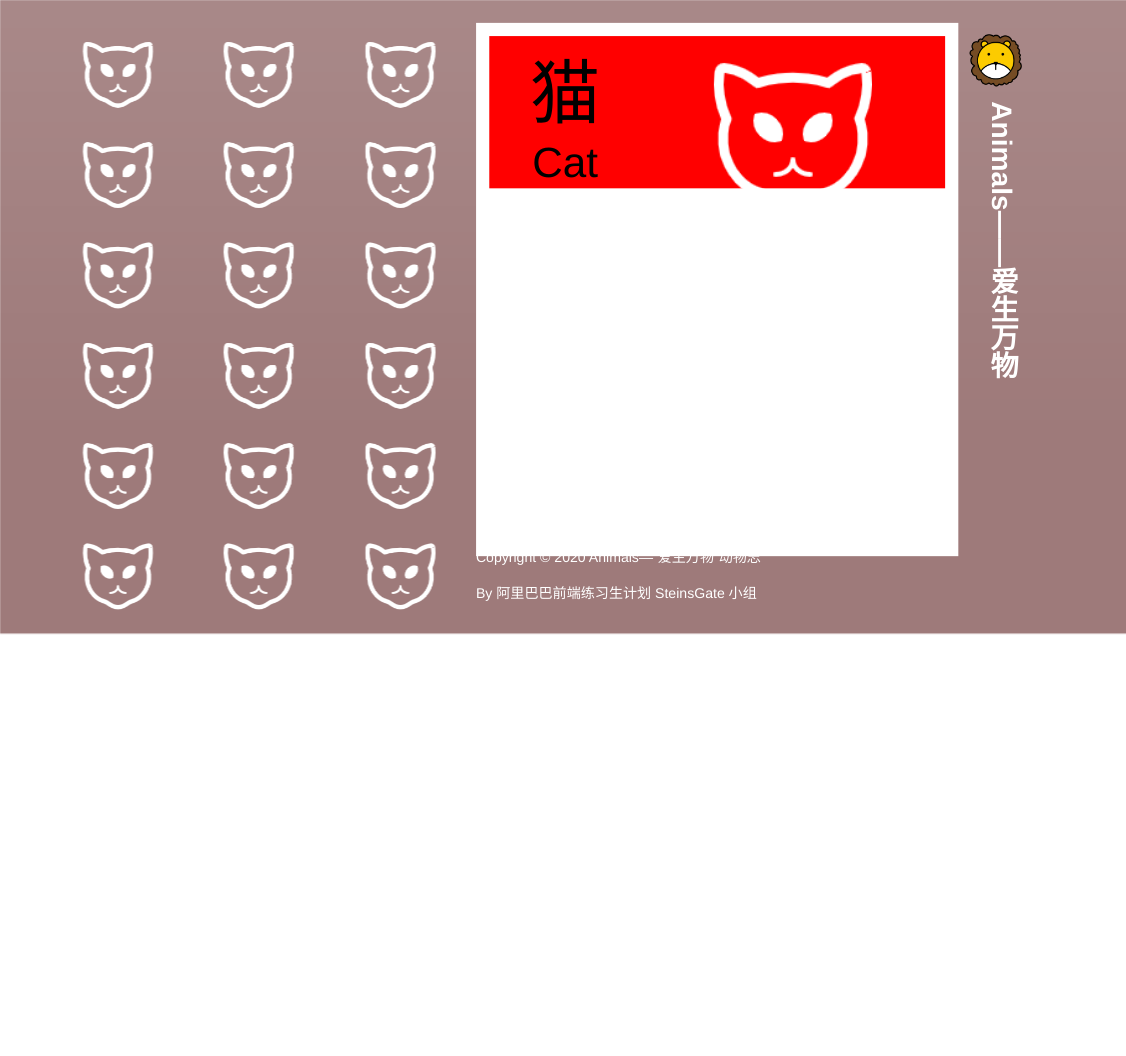
Repository: Whiskeyi/Animals
Page: /
An editor plug-in stored every save of this project. The page is shown before and after the next save, followed by the edit.
The browser window is 1280 px wide. The pictures show the whole page, at 88% of full size.
The project was rebuilt for these pictures with package versions that can differ from the ones it lists, and the page was loaded fresh each time.

Above is the page before, as saved 2021-11-15 23:56:54.

### public/index.html
<!DOCTYPE html>
<html lang="en">
  <head>
    <meta charset="utf-8">
    <meta http-equiv="X-UA-Compatible" content="IE=edge">
    <meta name="viewport" content="width=device-width,initial-scale=1.0">
    <link rel="icon" href="<%= BASE_URL %>favicon.ico">
    <title>Animals</title>
  </head>
  <body>
    <noscript>
      <strong>We're sorry but animals doesn't work properly without JavaScript enabled. Please enable it to continue.</strong>
    </noscript>
    <div id="app"></div>
    <!-- built files will be auto injected -->
  </body>
</html>

### src/main.js
import Vue from 'vue'
import App from './App.vue'
import router from './router'
import store from './store'
import './plugins/element.js' // 引入element-ui

Vue.config.productionTip = false

new Vue({
  router,
  store,
  render: h => h(App)
}).$mount('#app')

### src/App.vue
<template>
  <div id="app">
    <!-- 入口 -->
    <router-view/>
  </div>
</template>

<style lang="scss">
#app {
  font-family: 'Avenir', Helvetica, Arial, sans-serif;
  -webkit-font-smoothing: antialiased;
  -moz-osx-font-smoothing: grayscale;
}

html, body {  // 去除白边
    width: 100%;
    height: 100%;
    margin: 0;
    padding: 0;
    position: relative;
}

</style>

### src/router.js
// 路由
import Vue from 'vue'
import Router from 'vue-router'
import Home from './views/Home.vue'

Vue.use(Router)

export default new Router({
  mode: 'history',
  base: process.env.BASE_URL,
  routes: [
    {
      path: '/',
      name: 'home',
      component: Home
    }
  ]
})

### src/plugins/element.js
// 引入element-ui
import Vue from 'vue'

import ElementUI from 'element-ui';
import 'element-ui/lib/theme-chalk/index.css';

Vue.use(ElementUI);

### src/views/Home.vue
<template>
  <div class="home">
    <!-- 背景+光泽效果 -->
    <div class="bg">
      <Gloss></Gloss>
    </div>
    <!-- 页面容器 -->
    <div class="container">
      <!-- 左侧展示模块 -->
      <div id="leftContainer">
        <LeftMain></LeftMain>
      </div>
      <!-- 右侧展示模块 -->
      <div id="rightContainer">
        <!-- 输出信息 -->
          <Info></Info>
          <!-- 右侧标题 -->
          <RightHead></RightHead>
          <!-- 尾部 -->
          <Footer></Footer>
      </div>
    </div>
  </div>
</template>

<script>
// @ is an alias to /src
// 组件引入
import Gloss from '@/components/Gloss'
import Footer from '@/components/Footer'
import Info from '@/components/Info'
import RightHead from '@/components/right-head'
import LeftMain from '@/components/left-main'

export default {
  name: 'home',
  components: {
    Gloss,Footer,Info,RightHead,LeftMain
  }
}
</script>

<style lang="scss" scoped>
.home {
  // 滚动条样式修改（待定）
}
.bg {
  height: 100%;
  width: 100%;
  background-color:rgb(158, 122, 122);
  position: fixed;
  transition: background-color 2s ease-in; // 背景颜色2S过渡
  filter: blur(0.5px); // 背景高斯模糊
  // z-index: -9; //暂时注释,影响调试
}
#leftContainer {
  position: absolute;
  left: 10%;
  width: 30%;
  height: 100%;
  margin: 0 auto;
}
#rightContainer {
  position: fixed;
  right: 10%;
  width: 50%;
  height: 100%;
  margin: 0 auto;
}
@media screen and (max-width: 1440px) { // 屏幕小于1440px样式
  #leftContainer {
  position: absolute;
  left: 5%;
  width: 36%;
  height: 100%;
  margin: 0 auto;
}
#rightContainer {
  position: fixed;
  right: 5%;
  width: 54%;
  height: 100%;
  margin: 0 auto;
}
}
</style>

### src/components/Gloss/index.vue
<template>
<!-- 实现光泽效果,丰富背景颜色 -->
<div id="gloss"></div>
</template>

<script>
export default {

}
</script>

<style lang="scss" scoped>
#gloss {
    position: fixed;
    width: 100%;
    height: 478px;
    background: url('../../assets/gloss.png') repeat-x;
    // z-index: -8;  //暂时注释,影响调试
}
</style>

### src/components/Footer/index.vue
<template>
  <div class="footerContainer">
      <p>Copyright © 2020 Animals—“爱生万物”动物志</p>
      <p>By 阿里巴巴前端练习生计划 SteinsGate 小组</p>
  </div>
</template>

<script>
export default {

}
</script>

<style lang="scss" scoped>
.footerContainer {
    position: fixed;
    bottom: 0;
    font-size: 1rem;
    color:#fff;
    margin:0 0 20px 16px;
}
</style>

### src/components/Info/index.vue
<template>
  <div class="infoContainer">
    <Introduce></Introduce>
    <HabbitVoice></HabbitVoice>
    <IntroduceBottom></IntroduceBottom>
  </div>
</template>

<script>
import Introduce from './Introduce'
import HabbitVoice from './habbit-voice'
import IntroduceBottom from './introduce-bottom'
export default {
  name: 'Info',
  components: {
    Introduce, HabbitVoice, IntroduceBottom
  }
}
</script>

<style lang="scss" scoped>
.infoContainer {
    float: left;
    z-index: 10000;
    width: 82%;
    height: 80%;
    margin: 26px 0 0 16px;
    padding: 15px 15px;
    background-color: #fff;
}
.infoContainer logo {
    position: absolute;
}
@media screen and (max-width: 1440px) { // 屏幕小于1440px样式
  .infoContainer {
    float: left;
    z-index: 10000;
    width: 75%;
    height: 80%;
    margin: 26px 0 0 16px;
    background-color: #fff;
}
}
</style>

### src/components/right-head/index.vue
<template>
  <div class="rightHeadContainer">
      <el-image class="logo" alt="logo" :src="require('@/icons/index.png')"></el-image>
      <h1 class="vertical">Animals——爱生万物</h1>
  </div>
</template>

<script>
export default {

}
</script>

<style lang="scss" scoped>
.rightHeadContainer {
    float: left;
    height: 400px;
    width: 100px;
    margin: 26px 0 0 16px;
}
.vertical {
    writing-mode: vertical-lr;
    padding-left: 5px;
    color: #fff;
}
@media screen and (max-width: 1440px) { // 屏幕小于1440px样式
    .rightHeadContainer {
        float: left;
        height: 400px;
        width:85px;
        margin: 26px 0 0 0;
    }
    .vertical {
        writing-mode: vertical-lr;
        padding-right: 0;
        color: #fff;
    }
}
</style>

### src/components/left-main/index.vue
<template>
  <div class="leftContainer">
    <el-row :gutter="20" type="flex" justify="center">
      <el-col :span="8">
        <el-image class="logo" alt="logo" :src="require('@/icons//animals/cat.png')"></el-image>
      </el-col>
      <el-col :span="8">
        <el-image class="logo" alt="logo" :src="require('@/icons//animals/cat.png')"></el-image>
      </el-col>
      <el-col :span="8">
        <el-image class="logo" alt="logo" :src="require('@/icons//animals/cat.png')"></el-image>
      </el-col>
    </el-row>
    <el-row :gutter="20" type="flex" justify="center">
      <el-col :span="8">
        <el-image class="logo" alt="logo" :src="require('@/icons//animals/cat.png')"></el-image>
      </el-col>
      <el-col :span="8">
        <el-image class="logo" alt="logo" :src="require('@/icons//animals/cat.png')"></el-image>
      </el-col>
      <el-col :span="8">
        <el-image class="logo" alt="logo" :src="require('@/icons//animals/cat.png')"></el-image>
      </el-col>
    </el-row>
    <el-row :gutter="20" type="flex" justify="center">
      <el-col :span="8">
        <el-image class="logo" alt="logo" :src="require('@/icons//animals/cat.png')"></el-image>
      </el-col>
      <el-col :span="8">
        <el-image class="logo" alt="logo" :src="require('@/icons//animals/cat.png')"></el-image>
      </el-col>
      <el-col :span="8">
        <el-image class="logo" alt="logo" :src="require('@/icons//animals/cat.png')"></el-image>
      </el-col>
    </el-row>
    <el-row :gutter="20" type="flex" justify="center">
      <el-col :span="8">
        <el-image class="logo" alt="logo" :src="require('@/icons//animals/cat.png')"></el-image>
      </el-col>
      <el-col :span="8">
        <el-image class="logo" alt="logo" :src="require('@/icons//animals/cat.png')"></el-image>
      </el-col>
      <el-col :span="8">
        <el-image class="logo" alt="logo" :src="require('@/icons//animals/cat.png')"></el-image>
      </el-col>
    </el-row>
    <el-row :gutter="20" type="flex" justify="center">
      <el-col :span="8">
        <el-image class="logo" alt="logo" :src="require('@/icons//animals/cat.png')"></el-image>
      </el-col>
      <el-col :span="8">
        <el-image class="logo" alt="logo" :src="require('@/icons//animals/cat.png')"></el-image>
      </el-col>
      <el-col :span="8">
        <el-image class="logo" alt="logo" :src="require('@/icons//animals/cat.png')"></el-image>
      </el-col>
    </el-row>
    <el-row :gutter="20" type="flex" justify="center">
      <el-col :span="8">
        <el-image class="logo" alt="logo" :src="require('@/icons//animals/cat.png')"></el-image>
      </el-col>
      <el-col :span="8">
        <el-image class="logo" alt="logo" :src="require('@/icons//animals/cat.png')"></el-image>
      </el-col>
      <el-col :span="8">
        <el-image class="logo" alt="logo" :src="require('@/icons//animals/cat.png')"></el-image>
      </el-col>
    </el-row>
    <el-row :gutter="20" type="flex" justify="center">
      <el-col :span="8">
        <el-image class="logo" alt="logo" :src="require('@/icons//animals/cat.png')"></el-image>
      </el-col>
      <el-col :span="8">
        <el-image class="logo" alt="logo" :src="require('@/icons//animals/cat.png')"></el-image>
      </el-col>
      <el-col :span="8">
        <el-image class="logo" alt="logo" :src="require('@/icons//animals/cat.png')"></el-image>
      </el-col>
    </el-row>
    <el-row :gutter="20" type="flex" justify="center">
      <el-col :span="8">
        <el-image class="logo" alt="logo" :src="require('@/icons//animals/cat.png')"></el-image>
      </el-col>
      <el-col :span="8">
        <el-image class="logo" alt="logo" :src="require('@/icons//animals/cat.png')"></el-image>
      </el-col>
      <el-col :span="8">
        <el-image class="logo" alt="logo" :src="require('@/icons//animals/cat.png')"></el-image>
      </el-col>
    </el-row>
    <el-row :gutter="20" type="flex" justify="center">
      <el-col :span="8">
        <el-image class="logo" alt="logo" :src="require('@/icons//animals/cat.png')"></el-image>
      </el-col>
      <el-col :span="8">
        <el-image class="logo" alt="logo" :src="require('@/icons//animals/cat.png')"></el-image>
      </el-col>
      <el-col :span="8">
        <el-image class="logo" alt="logo" :src="require('@/icons//animals/cat.png')"></el-image>
      </el-col>
    </el-row>
    <el-row :gutter="20" type="flex" justify="center">
      <el-col :span="8">
        <el-image class="logo" alt="logo" :src="require('@/icons//animals/cat.png')"></el-image>
      </el-col>
      <el-col :span="8">
        <el-image class="logo" alt="logo" :src="require('@/icons//animals/cat.png')"></el-image>
      </el-col>
      <el-col :span="8">
        <el-image class="logo" alt="logo" :src="require('@/icons//animals/cat.png')"></el-image>
      </el-col>
    </el-row>
  </div>
</template>

<script>
export default {

}
</script>

<style lang="scss" scoped>
.leftContainer {
  padding: 30px 0;
  width: 100%;
  text-align: center;
}
.leftContainer .logo {
  width: 110px;
  height: 110px;
  padding: 20px 0;
}
 @media screen and (max-width: 1440px) { // 屏幕小于1440px样式
  .leftContainer .logo {
    height: 80px;
    width: 80px;
    padding: 15px 0;
  }
 }
</style>

### src/components/Info/Introduce/index.vue
<template>
  <div class="introduce">
      <el-row>
          <el-col :span="8">
              <div class="title">猫</div>
              <div class="subTitle">Cat</div>
          </el-col>
          <el-col :span="16">
            <el-image class="logo" alt="logo" :src="require('@/icons//animals/cat.png')"></el-image>
          </el-col>
      </el-row>
  </div>
</template>

<script>
export default {

}
</script>

<style lang="scss" scoped>
.introduce {
    background-color: red;
    height: 30%;
    width: 100%;
    text-align: center;
}
.logo {
    margin-top: 25px;
    height: 180px;
    width: 180px;
}
.title {
    font-size: 80px;
}
.subTitle {
    font-size: 48px;
}
</style>

### src/components/Info/habbit-voice/index.vue
<template>

</template>

<script>
export default {

}
</script>

<style lang="scss" scoped>

</style>

### src/components/Info/introduce-bottom/index.vue
<template>
</template>

<script>
export default {

}
</script>

<style lang="scss" scoped>

</style>

Loaded but not shown: src/store.js (common file)

After the next save:
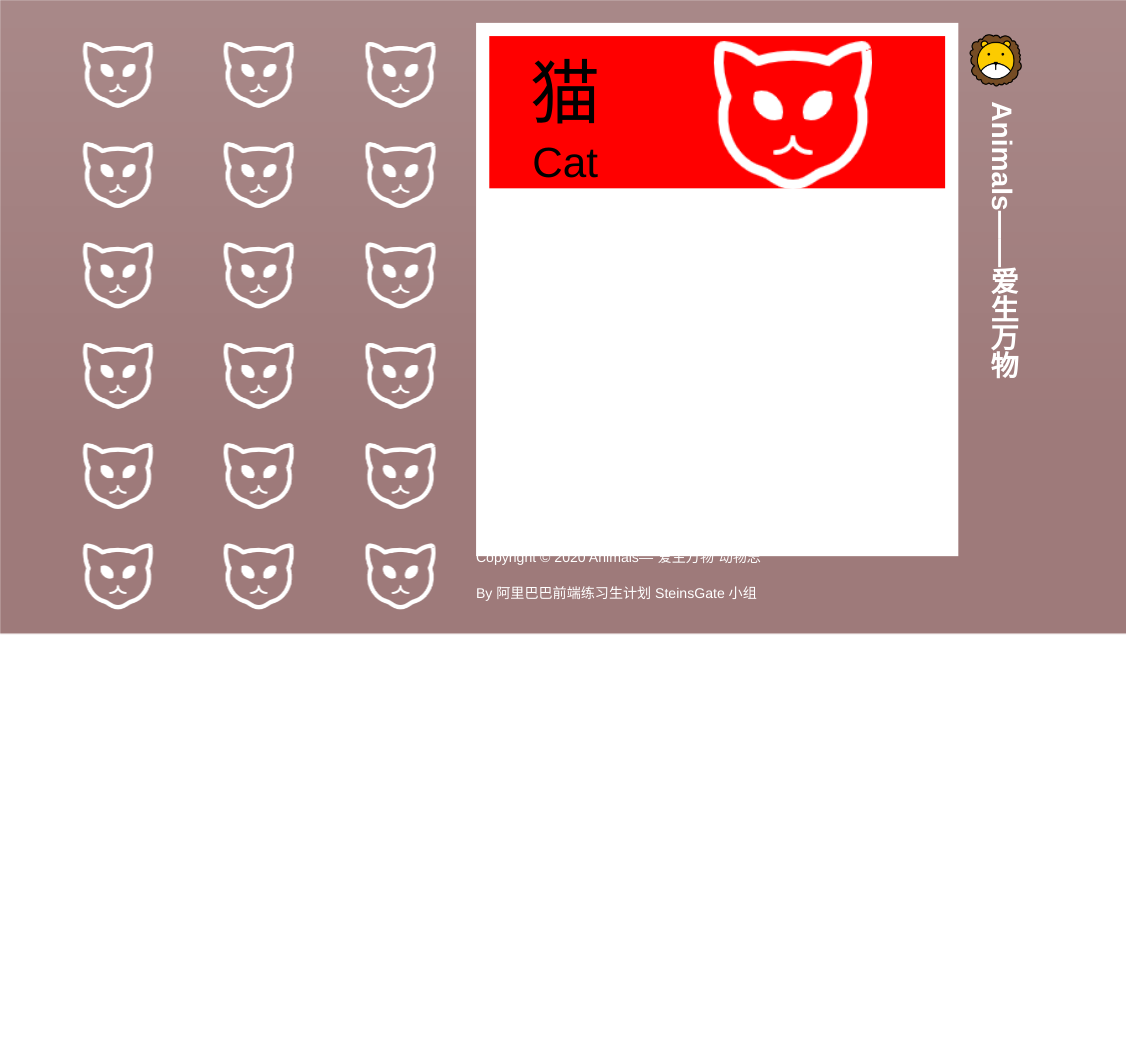
Saved 9 s later.
--- a/src/components/Info/Introduce/index.vue
+++ b/src/components/Info/Introduce/index.vue
@@ -26,7 +26,6 @@ export default {
     text-align: center;
 }
 .logo {
-    margin-top: 25px;
     height: 180px;
     width: 180px;
 }
